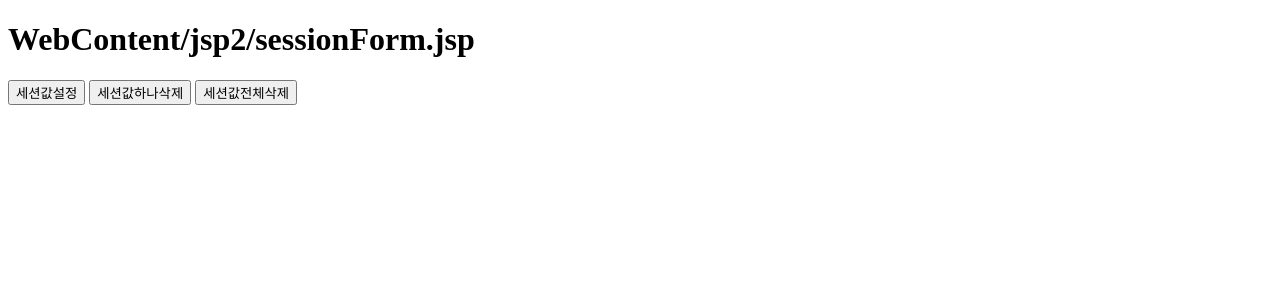
Repository: ReadStar/workspace_jsp
Page: http://localhost/StudyJSP/jsp2/sessionForm.jsp
These files come from the project's save history. The page is drawn as it stood at one moment and after the next save; the edit follows.
The browser window is 1280 px wide. The pictures show the whole page.
The page is served by Tomcat 9.

Above is the page before, as saved 2020-08-14 00:50:09.

After the next save:
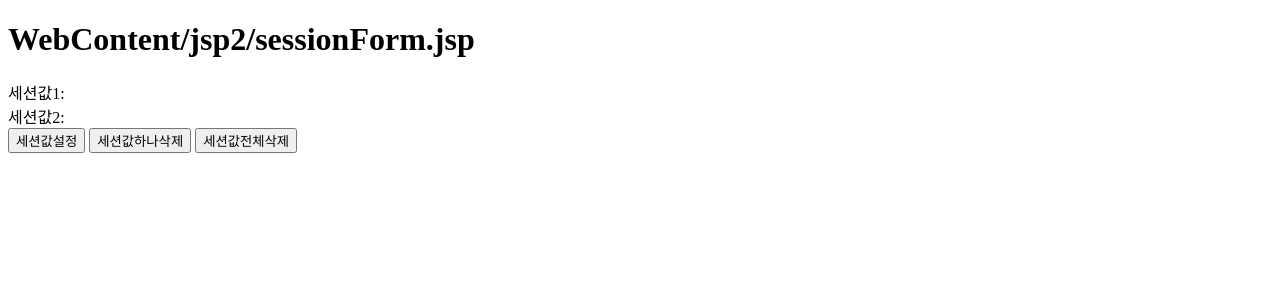
Saved 73 s later.
--- a/StudyJSP/WebContent/jsp2/sessionForm.jsp
+++ b/StudyJSP/WebContent/jsp2/sessionForm.jsp
@@ -8,6 +8,8 @@
 </head>
 <body>
 <h1>WebContent/jsp2/sessionForm.jsp</h1>
+세션값1:<br>
+세션값2:<br>
 <input type="button" value="세션값설정" onclick="location.href='sessionSet.jsp'">
 <input type="button" value="세션값하나삭제" onclick="location.href='sessionDel.jsp'">
 <input type="button" value="세션값전체삭제" onclick="location.href='sessionInval.jsp'">
